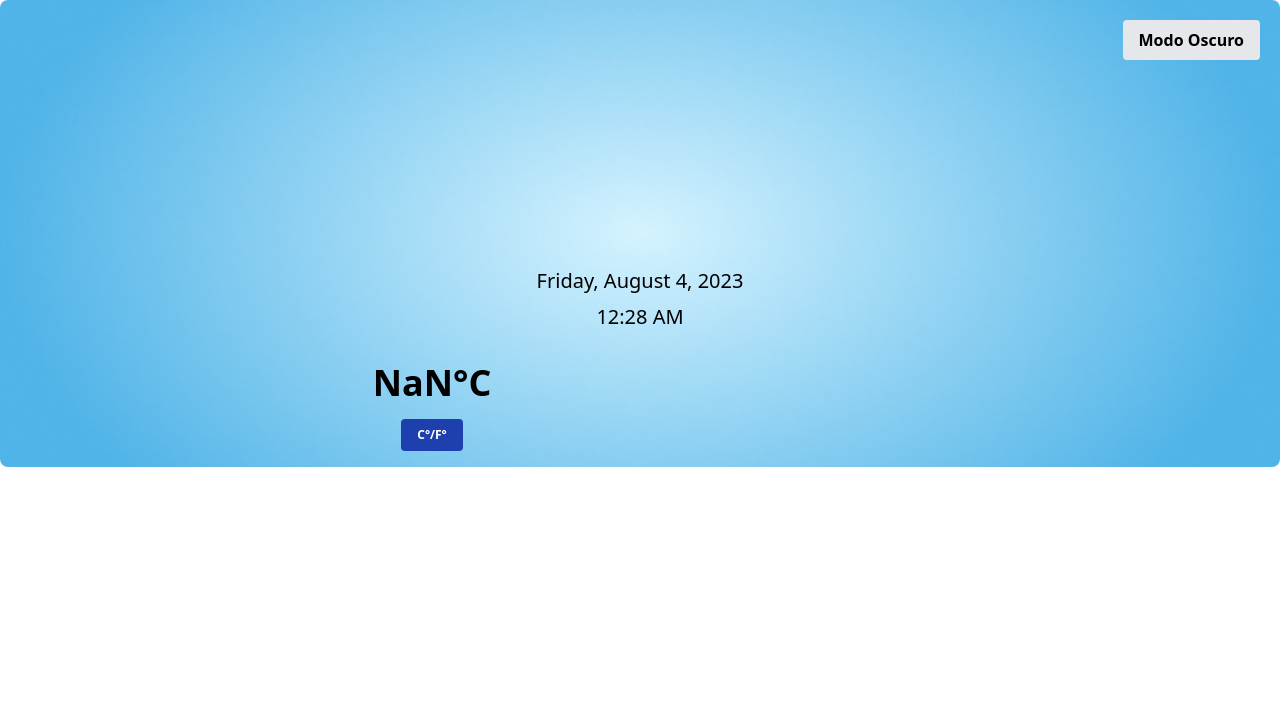
Repository: LukasMoyano/WeatherApp-_-LukasMoyano-_-V-_4.0_6.6.6
Page: /
These files come from the project's save history. The page is drawn as it stood at one moment and after the next save; the edit follows.
The browser window is 1280 px wide. The pictures show the whole page.
The page's requests for data from a server got no answer. The project was rebuilt for these pictures with package versions that can differ from the ones it lists, and the page was loaded fresh each time. No one was signed in, and anything a server would have sent is missing. Also part of the build but not shown: vite.config.js.

Above is the page before, as saved 2023-08-06 18:49:44.

After the next save:
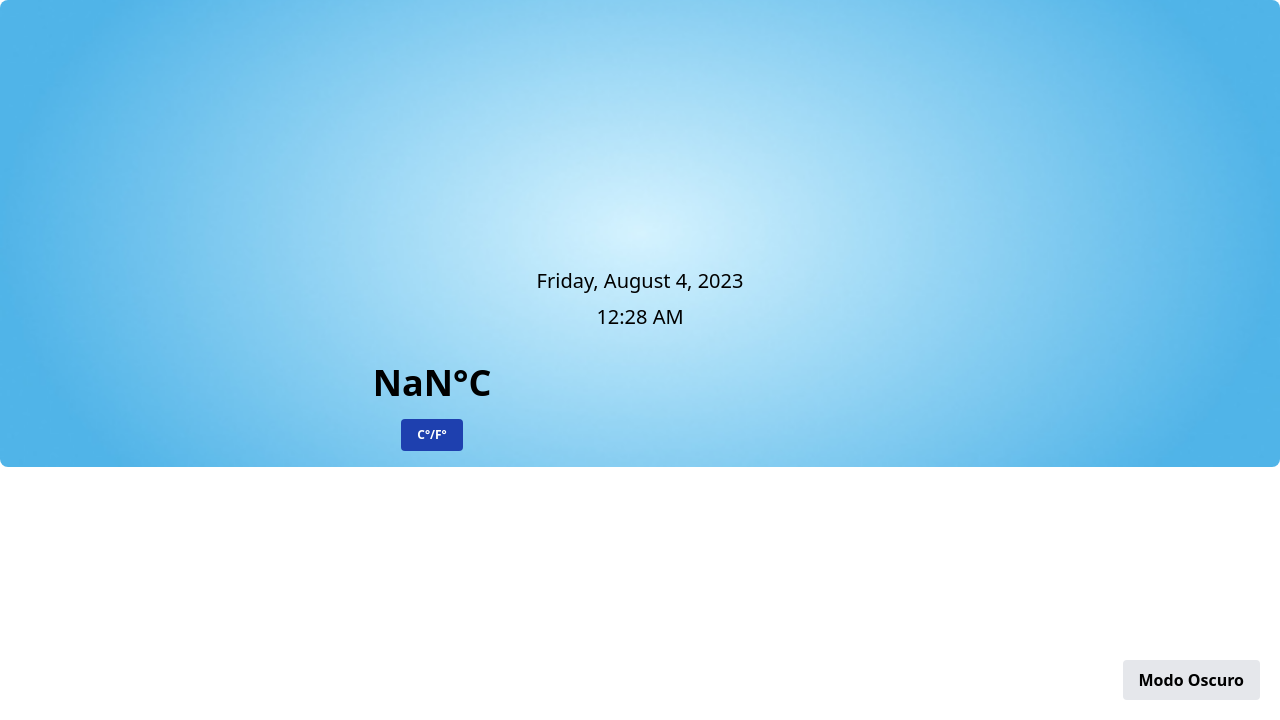
Saved 109 s later.
--- a/src/App.jsx
+++ b/src/App.jsx
@@ -36,20 +36,16 @@ function App() {
 
   return (
     <div className={`min-h-screen ${isDarkMode ? "dark" : ""}`}>
-      <main
-        className={`min-h-screen font-lato relative ${
-          isDarkMode ? "bg-black bg-opacity-50 text-white" : "bg-white bg-opacity-70 text-black"
-        }`}
-      >
+      <main className={`min-h-screen font-lato relative ${isDarkMode ? "bg-black bg-opacity-50 text-white" : "bg-white bg-opacity-70 text-black"}`}>
+        <Weather weatherInfo={weatherInfo} isDarkMode={isDarkMode} />
         <button
           onClick={toggleDarkMode}
-          className={`absolute top-5 right-5 px-4 py-2 font-bold rounded ${
+          className={`absolute bottom-5 right-5 px-4 py-2 font-bold rounded ${
             isDarkMode ? "bg-gray-800 text-white" : "bg-gray-200 text-black"
           }`}
         >
           {isDarkMode ? "Modo Claro" : "Modo Oscuro"}
         </button>
-        <Weather weatherInfo={weatherInfo} isDarkMode={isDarkMode} />
       </main>
     </div>
   );
